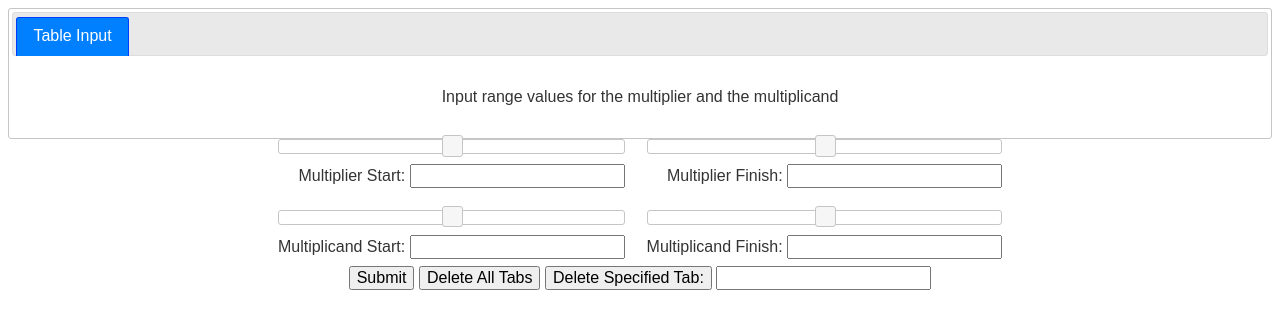
Repository: khrasna/HW4Part2
Page: index.html
These files come from the project's save history. The page is drawn as it stood at one moment and after the next save; the edit follows.
The browser window is 1280 px wide. The pictures show the whole page.
Some web libraries are served in a nearby version.

Above is the page before, as saved 2021-11-22 16:58:56.

After the next save:
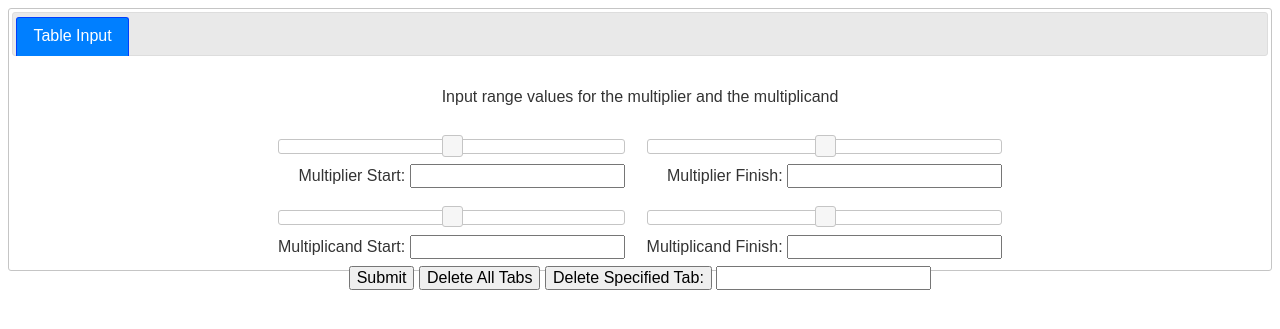
Saved 10 s later.
--- a/style.css
+++ b/style.css
@@ -18,7 +18,7 @@ div#container {
     display: grid;
     grid-template-columns: auto;
     /* top row of grid holds the form for input, the rest of page holds the multiplication table*/
-    grid-template-rows: 20% auto;
+    grid-template-rows: 40% auto;
     height: 97%;
 }
 
